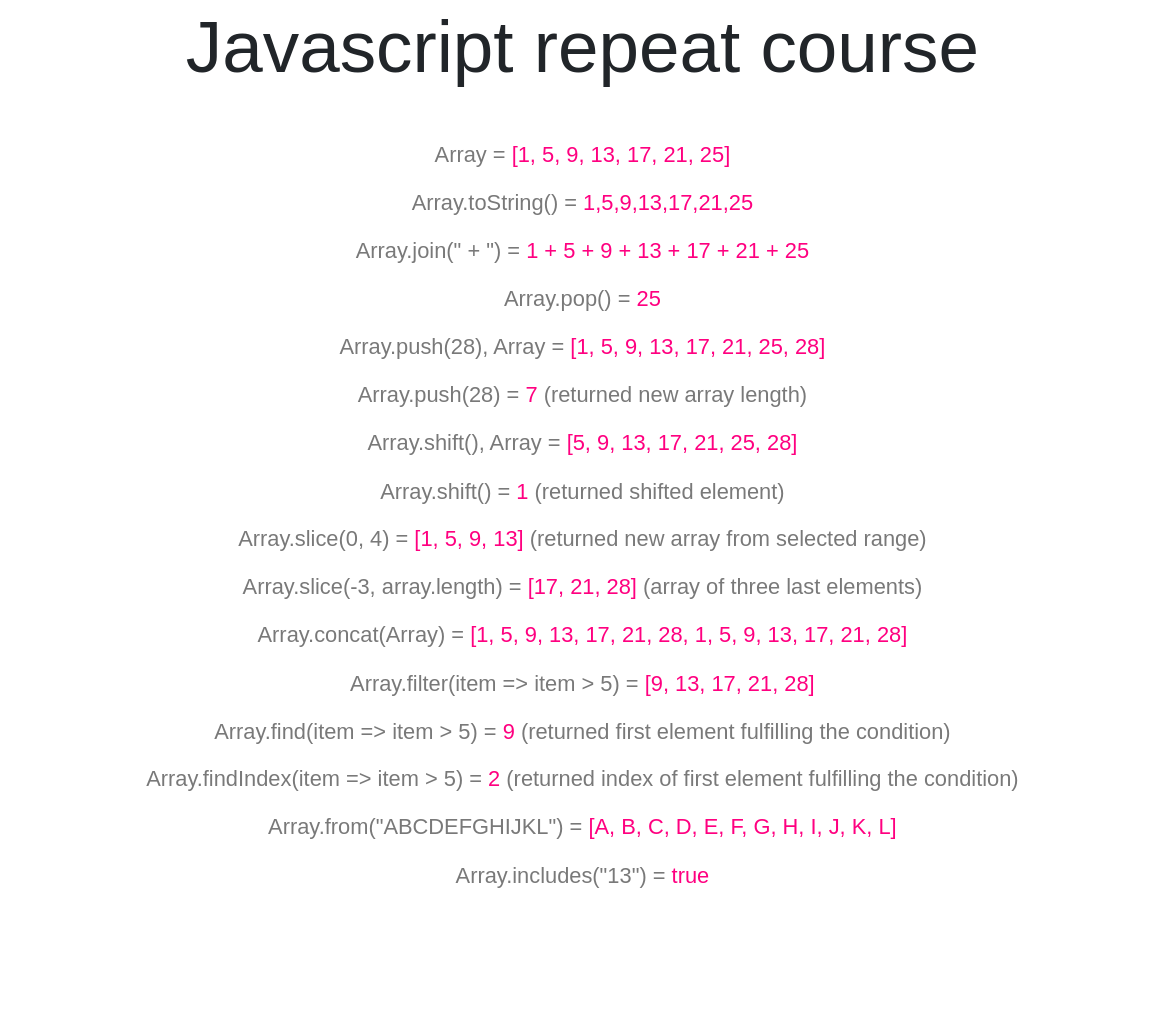
Repository: michalgornicki/javascript
Page: /
These files come from the project's save history. The page is drawn as it stood at one moment and after a run of saves; the edit follows.
The browser window is 1280 px wide. The pictures show the whole page, at 91% of full size.
The project was rebuilt for these pictures with package versions that can differ from the ones it lists, and the page was loaded fresh each time. Also part of the build but not shown: src/index.css.

Above is the page before, as saved 2022-01-31 13:16:26.

### src/App.jsx
import React from "react";
import "./App.css";
import "bootstrap/dist/css/bootstrap.min.css";

function App() {
  const array = [1, 5, 9, 13, 17, 21, 25];

  console.log(array);

  return (
    <div className="text-center">
      <div className="display-1 mt-1 mb-5">Javascript repeat course</div>
      <div className="js-item h4 py-2">
        {" "}
        <span className="">Array = </span>
        <span className="text-pink">[{array.join(", ")}]</span>
      </div>
      <div className="js-item h4 py-2">
        {" "}
        <span className="">Array.toString() =</span> <span className="text-pink">{array.toString()}</span>
      </div>
      <div className="js-item h4 py-2">
        {" "}
        <span className="">Array.join(" + ") =</span> <span className="text-pink">{array.join(" + ")}</span>
      </div>
      <div className="js-item h4 py-2">
        {" "}
        <span className="">Array.pop() =</span> <span className="text-pink">{array.pop()}</span>
      </div>
      <div className="js-item h4 py-2">
        {" "}
        <span className="">Array.push(28), Array =</span> <span className="text-pink">[1, 5, 9, 13, 17, 21, 25, 28]</span>
      </div>
      <div className="js-item h4 py-2">
        {" "}
        <span className="">Array.push(28) =</span> <span className="text-pink"> {array.push(28)}</span> (returned new array length)
      </div>
      <div className="js-item h4 py-2">
        {" "}
        <span className="">Array.shift(), Array =</span> <span className="text-pink"> [5, 9, 13, 17, 21, 25, 28]</span>
      </div>
      <div className="js-item h4 py-2">
        {" "}
        <span className="">Array.shift() =</span> <span className="text-pink">1</span> (returned shifted element)
      </div>
      <div className="js-item h4 py-2">
        {" "}
        <span className="">Array.slice(0, 4) =</span> <span className="text-pink">[{array.slice(0, 4).join(", ")}]</span> (returned new array from selected range)
      </div>
      <div className="js-item h4 py-2">
        {" "}
        <span className="">Array.slice(-3, array.length) =</span> <span className="text-pink">[{array.slice(-3, array.length).join(", ")}]</span> (array of three last elements)
      </div>
      <div className="js-item h4 py-2">
        {" "}
        <span className="">Array.concat(Array) =</span> <span className="text-pink">[{array.concat(array).join(", ")}]</span>
      </div>
      <div className="js-item h4 py-2">
        {" "}
        <span className="">
          Array.filter(item {"=>"} item {">"} 5) =
        </span>{" "}
        <span className="text-pink">[{array.filter((item) => item > 5).join(", ")}]</span>
      </div>
      <div className="js-item h4 py-2">
        {" "}
        <span className="">
          Array.find(item {"=>"} item {">"} 5) =
        </span>
        <span className="text-pink"> {array.find((item) => item > 5)} </span> (returned first element fulfilling the condition)
      </div>
      <div className="js-item h4 py-2">
        {" "}
        <span className="">
          Array.findIndex(item {"=>"} item {">"} 5) =
        </span>
        <span className="text-pink"> {array.findIndex((item) => item > 5)} </span> (returned index of first element fulfilling the condition)
      </div>
      <div className="js-item h4 py-2">
        {" "}
        <span className="">
         Array.from("ABCDEFGHIJKL") =
        </span>
        <span className="text-pink"> [{Array.from("ABCDEFGHIJKL").join(", ")}] </span>
      </div>
      <div className="js-item h4 py-2">
        {" "}
        <span className="">
         Array.includes("13") =
        </span>
        <span className="text-pink"> { "true" } </span>
      </div>


    </div>
  );
}

export default App;

### src/App.css
body{
    font-family: Arial, Helvetica, sans-serif!important;
    overflow-x: hidden;
    padding-bottom: 20vh;
}

.js-item{
    color:rgb(121, 121, 121);
    transition: 0.2s;
}

.js-item:hover{
    cursor: pointer;
}

.text-pink{
    color:rgb(255, 0, 128)!important;
}

Loaded but not shown: public/index.html (common file); src/index.js (common file); src/reportWebVitals.js (common file)

After the next 8 saves:
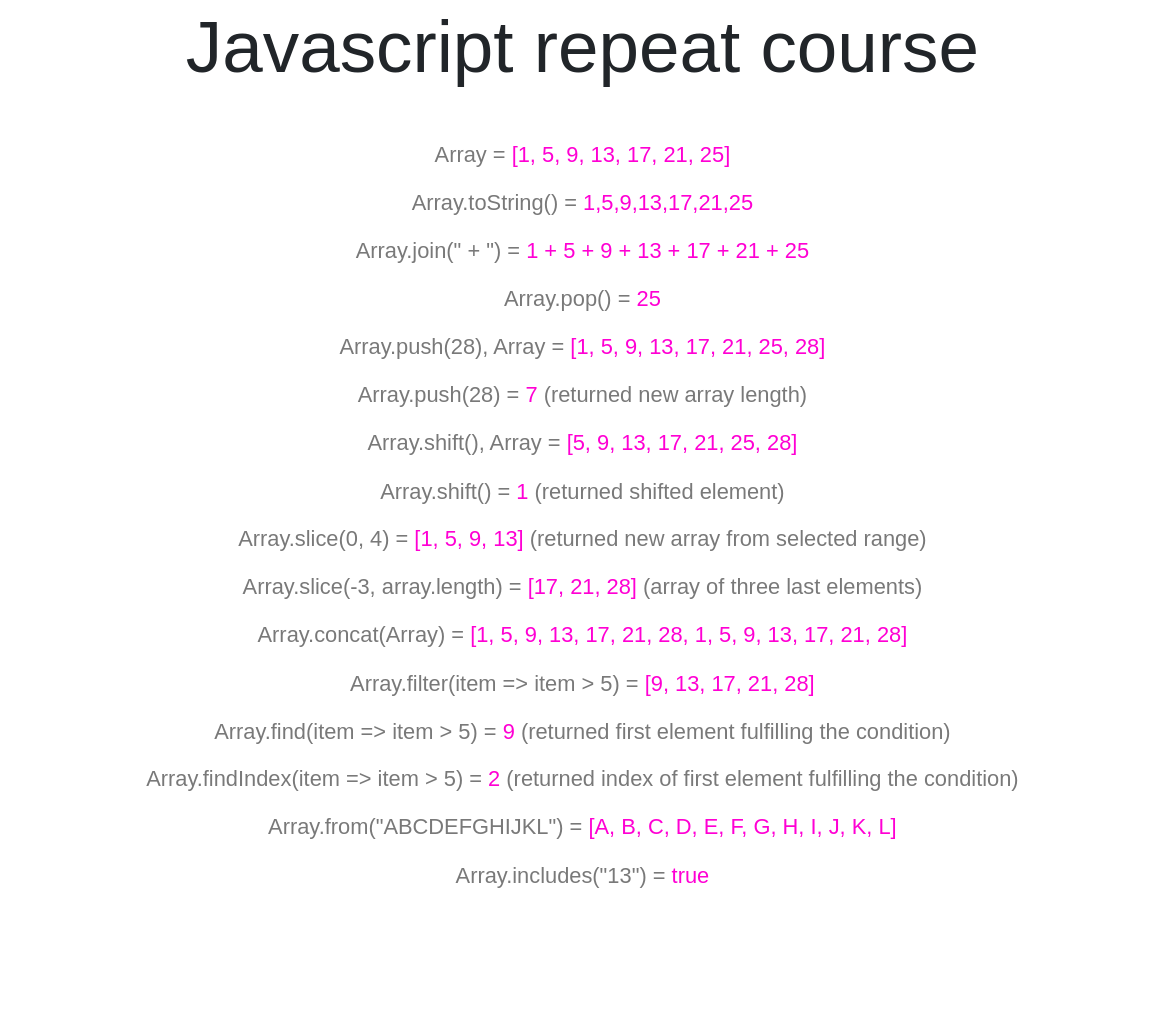
The 8 saves are shown as one change because they came seconds apart.
The last was saved 41 s later.
--- a/src/App.css
+++ b/src/App.css
@@ -14,5 +14,5 @@ body{
 }
 
 .text-pink{
-    color:rgb(255, 0, 128)!important;
+    color:rgb(255, 0, 212)!important;
 }
